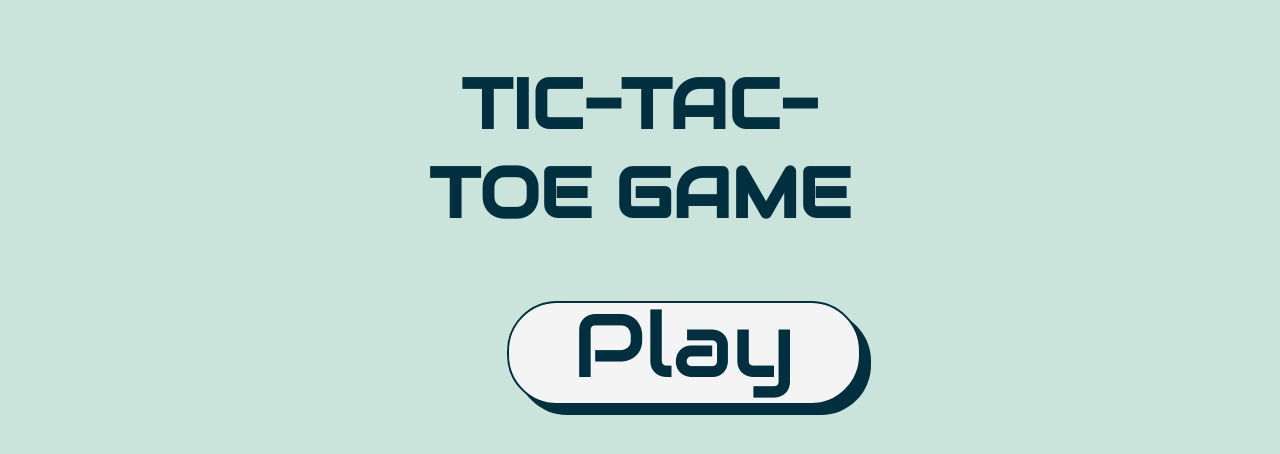
Repository: blackSky1213/tic-tac-toe
Page: index.html
These files come from the project's save history. The page is drawn as it stood at one moment and after the next save; the edit follows.
The browser window is 1280 px wide. The pictures show the whole page.

Above is the page before, as saved 2020-12-28 21:02:21.

### index.html
<!DOCTYPE html>
<html lang="en">

<head>
    <meta charset="UTF-8">
    <meta name="viewport" content="width=device-width, initial-scale=1.0">
    <title>Tic-Tac-Toe</title>
    <link rel="preconnect" href="https://fonts.gstatic.com">
    <link href="https://fonts.googleapis.com/css2?family=Audiowide&display=swap" rel="stylesheet">
    <link rel="stylesheet" href="styles/index.css">
</head>

<body>
    <h1 class="title">TIC-TAC-TOE GAME</h1>
    <div class="start"><a class="play">Play</a></div>
</body>

</html>

### styles/index.css
body{
    background-color:#cae4db;
}
.title{
    text-align:center;
    font-size:70px;
    margin:60px 30% auto 30%;
    font-family:'Audiowide', cursive;
    color:#00303f;
}
.start{
    background-color:#f5f4f4;
    width:350px;
    height:100px;
    margin:5% 30% auto 30%;
    position:relative;
    left:120px;
    border-radius: 50px;
    text-align: center;
    font-size: 90px;
    border:solid 2px #00303f;
    box-shadow:10px 10px  #00303f;


}
.play{
    color:#00303f;
    font-family:'Audiowide', cursive;
    position: relative;
    bottom: 15px;;
}

After the next save:
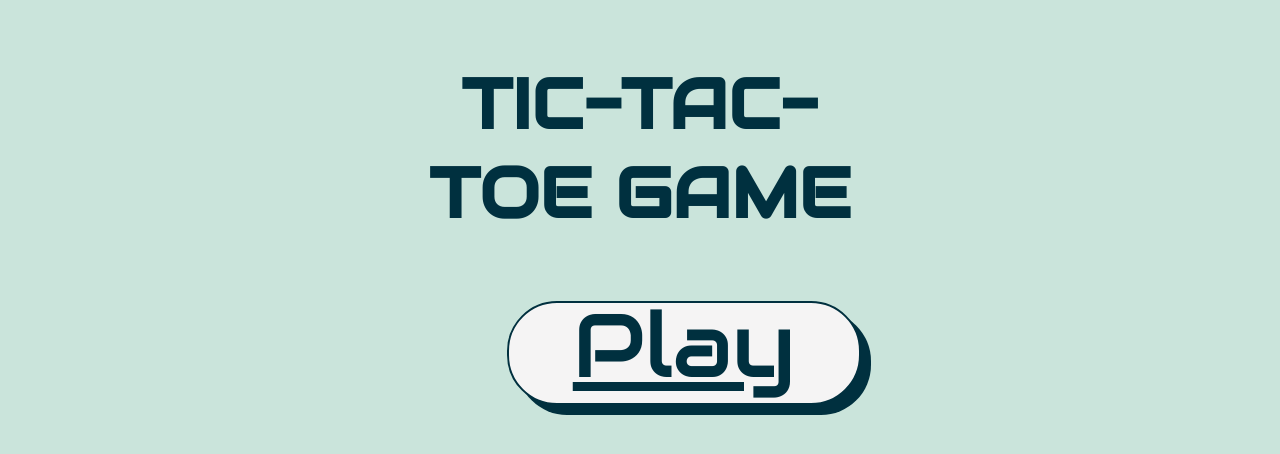
Saved 7 s later.
--- a/index.html
+++ b/index.html
@@ -12,7 +12,7 @@
 
 <body>
     <h1 class="title">TIC-TAC-TOE GAME</h1>
-    <div class="start"><a class="play">Play</a></div>
+    <div class="start"><a class="play" href="">Play</a></div>
 </body>
 
 </html>

After the 3 saves that followed:
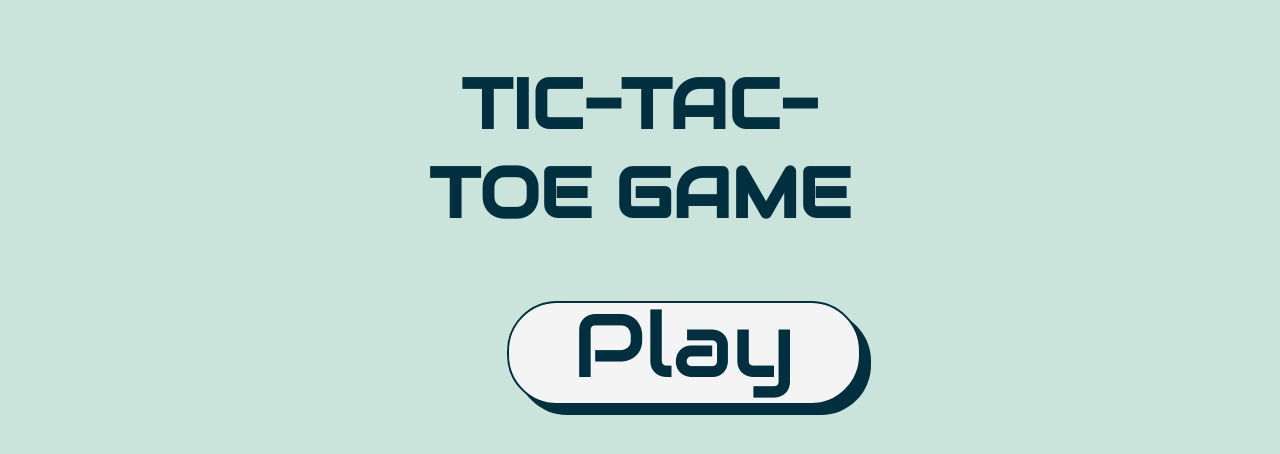
The 3 saves are shown as one change because they came seconds apart.
The last was saved 13 s later.
--- a/styles/index.css
+++ b/styles/index.css
@@ -27,5 +27,6 @@ body{
     color:#00303f;
     font-family:'Audiowide', cursive;
     position: relative;
-    bottom: 15px;;
+    bottom: 15px;
+    text-decoration: none;
 }
